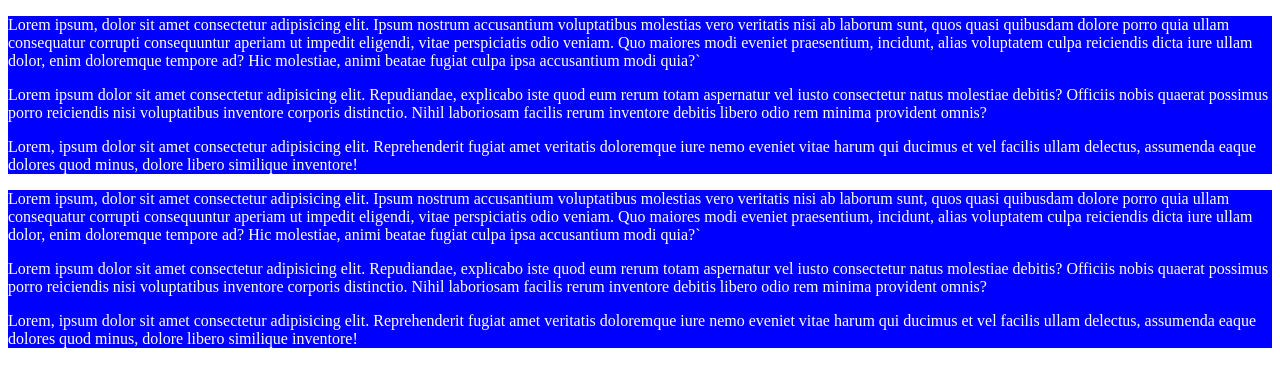
Repository: diensy/Web_dev
Page: Css/Exercise/index.html
These files come from the project's save history. The page is drawn as it stood at one moment and after a run of saves; the edit follows.
The browser window is 1280 px wide. The pictures show the whole page.

Above is the page before, as saved 2024-05-22 23:18:40.

After the next 2 saves:
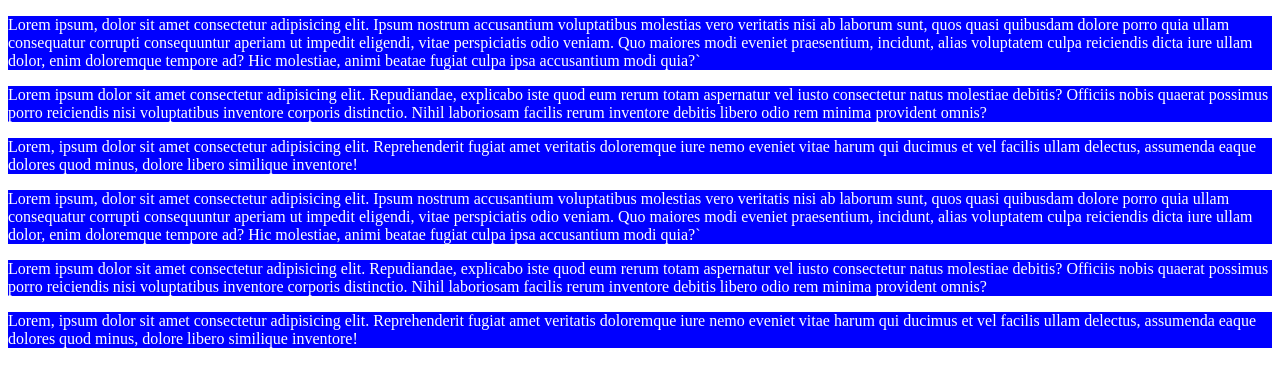
The 2 saves are shown as one change because they came seconds apart.
The last was saved 45 s later.
--- a/Css/Exercise/style.css
+++ b/Css/Exercise/style.css
@@ -1,4 +1,4 @@
-div {
+div > p {
   background-color: blue;
   color: white;
 }

After the 3 saves that followed:
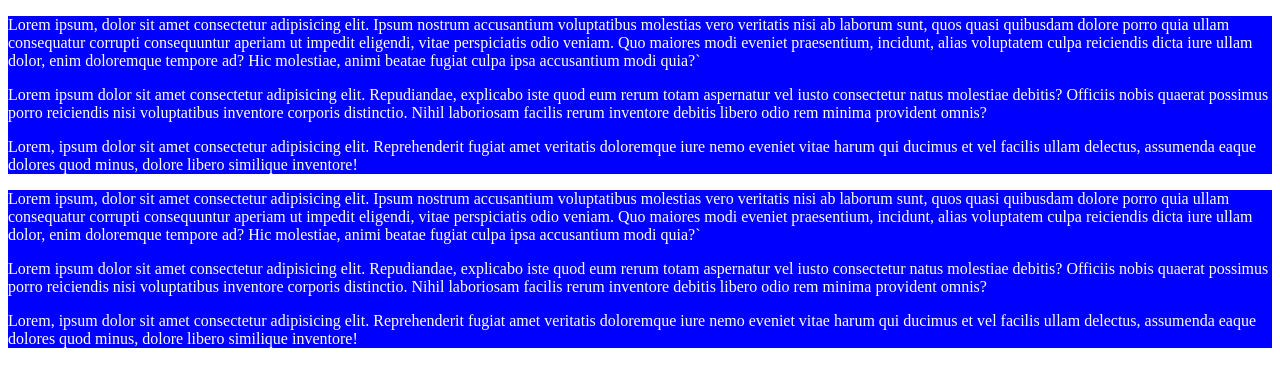
The 3 saves are shown as one change because 2 left the picture as it was.
The last was saved 47 s later.
--- a/Css/Exercise/style.css
+++ b/Css/Exercise/style.css
@@ -1,4 +1,4 @@
-div > p {
+div  {
   background-color: blue;
   color: white;
 }
